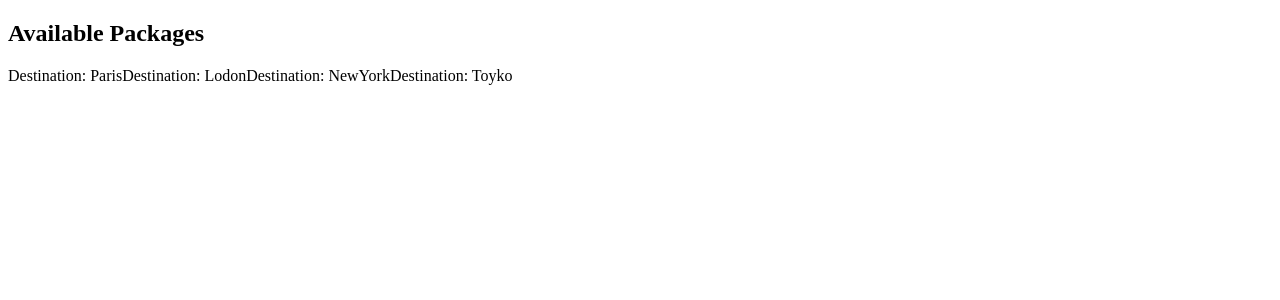
Repository: ashwinii19/Core-Java-Learning
Page: http://localhost/25-JSTL/Travel Website.jsp
The author's editor kept a copy of each file at every save. The page is drawn from the files as they stood at one save, then again after the next save.
The browser window is 1280 px wide. The pictures show the whole page.
The page is served by Tomcat 9.

Above is the page before, as saved 2025-08-22 02:39:53.

### 25-JSTL/src/main/webapp/Travel Website.jsp
<%@ page language="java" contentType="text/html; charset=ISO-8859-1"
    pageEncoding="ISO-8859-1"%>
    <%@ taglib uri="http://java.sun.com/jsp/jstl/core" prefix="c"%>
<!DOCTYPE html>
<html>
<head>
<meta charset="ISO-8859-1">
<title>Tour Packages</title>
</head>
<body>

	<h2>Available Packages</h2>
	<c:set var="packages" value="Paris, Lodon, NewYork, Toyko"></c:set>
	<c:forTokens var="city" items="${packages }" delims=",">Destination: ${city }</c:forTokens>
</body>
</html>

After the next save:
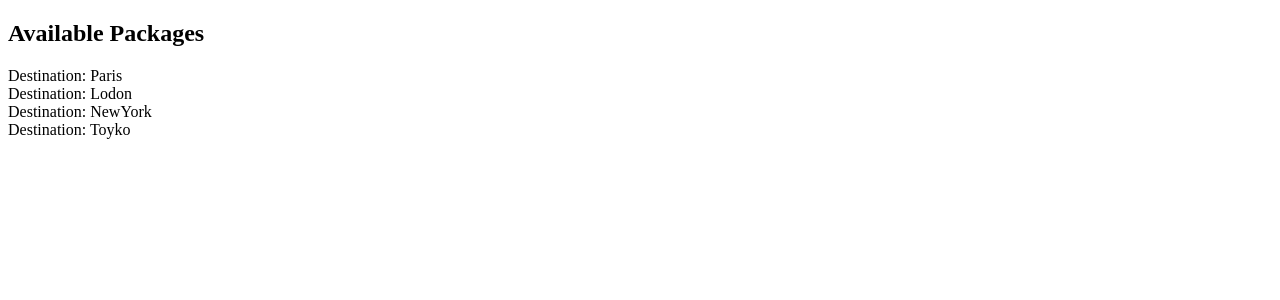
Saved 20 s later.
--- a/25-JSTL/src/main/webapp/Travel Website.jsp
+++ b/25-JSTL/src/main/webapp/Travel Website.jsp
@@ -11,6 +11,6 @@
 
 	<h2>Available Packages</h2>
 	<c:set var="packages" value="Paris, Lodon, NewYork, Toyko"></c:set>
-	<c:forTokens var="city" items="${packages }" delims=",">Destination: ${city }</c:forTokens>
+	<c:forTokens var="city" items="${packages }" delims=",">Destination: ${city}<br></c:forTokens>
 </body>
 </html>
